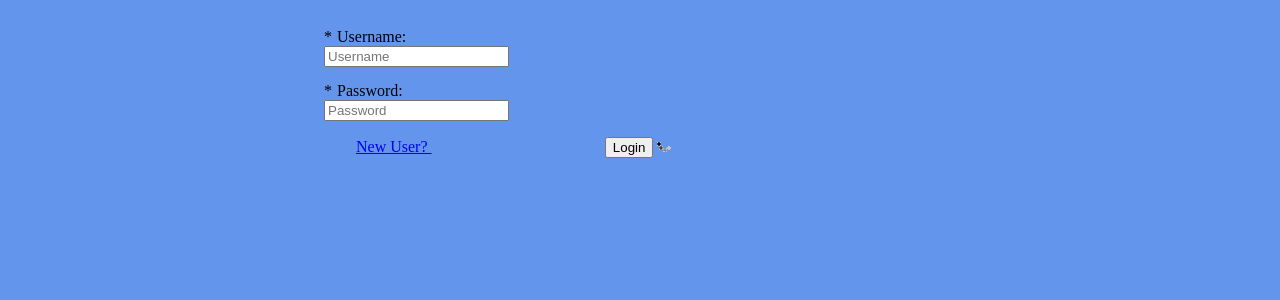
Repository: SUPRIGA/SecondProject
Page: CollaborationFrontEnd/src/main/webapp/user/login.html
An editor plug-in stored every save of this project. The page is shown before and after the next save, followed by the edit.
The browser window is 1280 px wide. The pictures show the whole page.

Above is the page before, as saved 2017-01-12 05:25:49.

After the next save:
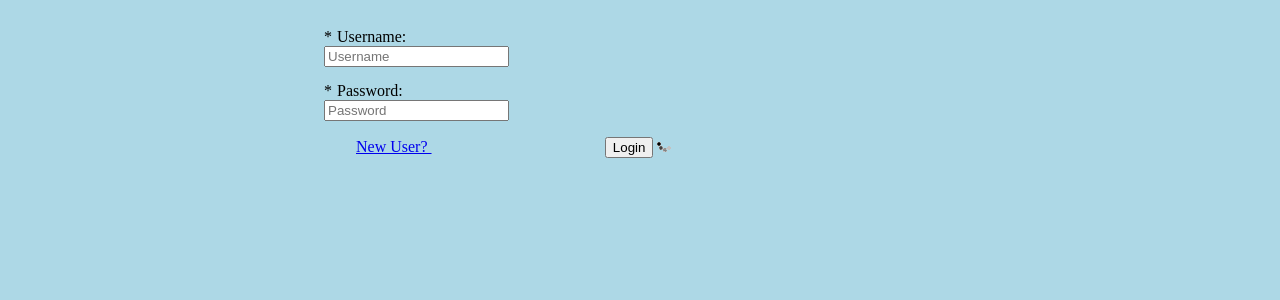
Saved 33 s later.
--- a/CollaborationFrontEnd/src/main/webapp/user/login.html
+++ b/CollaborationFrontEnd/src/main/webapp/user/login.html
@@ -46,7 +46,7 @@ body {
 }
 
 body {
-    background-color:cornflowerblue;
+    background-color:lightblue;
 }
 
 </style>
